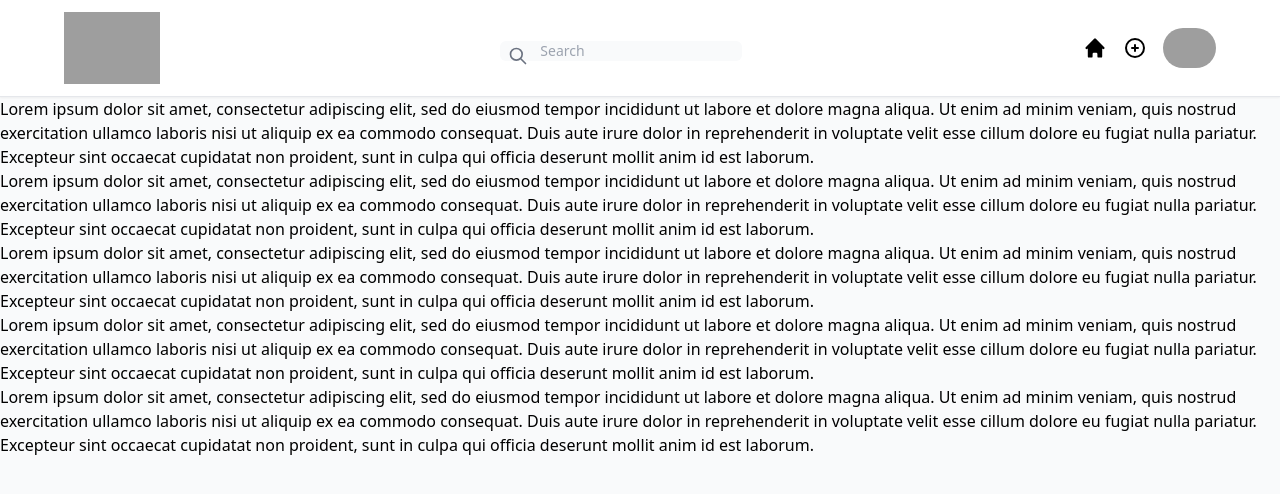
Repository: Mardoqueu/insta-v1
Page: /
The author's editor kept a copy of each file at every save. The page is drawn from the files as they stood at one save, then again after the next save.
The browser window is 1280 px wide. The pictures show the whole page.
Pictures or frames that could not be fetched are drawn as grey boxes. The project was rebuilt for these pictures with package versions that can differ from the ones it lists, and the page was loaded fresh each time. The framework's server and built-in components were replaced by stand-ins that run in the browser. Also part of the build but not shown: next.config.js, styles/Home.module.css.

Above is the page before, as saved 2022-08-25 11:13:42.

### pages/index.js
import Head from 'next/head'
import styles from '../styles/Home.module.css'
import Header from './components/Header'

export default function Home() {
  return (
    <div className="bg-gray-50 min-h-screen">
      <Head>
        <title>Instagram App</title>
        <meta name="description" content="Generated by create next app" />
        <link rel="icon" href="/favicon.ico" />
      </Head>
    {/*Head*/}
    <Header/>

    {/*Feed*/}
    <p>Lorem ipsum dolor sit amet, consectetur adipiscing elit, sed do eiusmod tempor incididunt ut labore et dolore magna aliqua. Ut enim ad minim veniam, quis nostrud exercitation ullamco laboris nisi ut aliquip ex ea commodo consequat. Duis aute irure dolor in reprehenderit in voluptate velit esse cillum dolore eu fugiat nulla pariatur. Excepteur sint occaecat cupidatat non proident, sunt in culpa qui officia deserunt mollit anim id est laborum.</p>
    <p>Lorem ipsum dolor sit amet, consectetur adipiscing elit, sed do eiusmod tempor incididunt ut labore et dolore magna aliqua. Ut enim ad minim veniam, quis nostrud exercitation ullamco laboris nisi ut aliquip ex ea commodo consequat. Duis aute irure dolor in reprehenderit in voluptate velit esse cillum dolore eu fugiat nulla pariatur. Excepteur sint occaecat cupidatat non proident, sunt in culpa qui officia deserunt mollit anim id est laborum.</p>
    <p>Lorem ipsum dolor sit amet, consectetur adipiscing elit, sed do eiusmod tempor incididunt ut labore et dolore magna aliqua. Ut enim ad minim veniam, quis nostrud exercitation ullamco laboris nisi ut aliquip ex ea commodo consequat. Duis aute irure dolor in reprehenderit in voluptate velit esse cillum dolore eu fugiat nulla pariatur. Excepteur sint occaecat cupidatat non proident, sunt in culpa qui officia deserunt mollit anim id est laborum.</p>
    <p>Lorem ipsum dolor sit amet, consectetur adipiscing elit, sed do eiusmod tempor incididunt ut labore et dolore magna aliqua. Ut enim ad minim veniam, quis nostrud exercitation ullamco laboris nisi ut aliquip ex ea commodo consequat. Duis aute irure dolor in reprehenderit in voluptate velit esse cillum dolore eu fugiat nulla pariatur. Excepteur sint occaecat cupidatat non proident, sunt in culpa qui officia deserunt mollit anim id est laborum.</p>
    <p>Lorem ipsum dolor sit amet, consectetur adipiscing elit, sed do eiusmod tempor incididunt ut labore et dolore magna aliqua. Ut enim ad minim veniam, quis nostrud exercitation ullamco laboris nisi ut aliquip ex ea commodo consequat. Duis aute irure dolor in reprehenderit in voluptate velit esse cillum dolore eu fugiat nulla pariatur. Excepteur sint occaecat cupidatat non proident, sunt in culpa qui officia deserunt mollit anim id est laborum.</p>

    {/*Modal*/}

    </div>
  )
}

### pages/components/Header.js
import Image from "next/image";
import React from "react";
import { SearchIcon, PlusCircleIcon } from "@heroicons/react/outline";
import {HomeIcon} from "@heroicons/react/solid"
export default function Header() {
  return (
    <div className="shadow-sm border-b sticky top-0 bg-white z-30">
      <div className="flex items-center justify-between max-w-6xl mx-4 xl:mx-auto">
        {/* Left */}
        <div className="cursor-pointer h-24 w-24 relative hidden lg:inline-grid">
          <Image
            src="http://www.jennexplores.com/wp-content/uploads/2015/09/Instagram_logo_black.png"
            layout="fill"
            className="object-contain"
          />
        </div>
        <div className="cursor-pointer h-24 w-10 relative  lg:hidden">
          <Image
            src="https://upload.wikimedia.org/wikipedia/commons/thumb/e/e7/Instagram_logo_2016.svg/800px-Instagram_logo_2016.svg.png"
            layout="fill"
            className="object-contain"
          />
        </div>
        {/* Middle */}

        <div className="relative mt-1">
          <div className="absolute top-2 left-2">
          <SearchIcon  className="h-5 text-gray-500" />
          </div>
          <input type="text" placeholder="Search" className="bg-gray-50 pl-10 border-gray-500 text-sm focus:ring-black focus:border-black rounded-md"/>
        </div>

      {/* Right */}

      <div className="flex space-x-4 items-center">
        <HomeIcon className="hidden md:inline-flex h-6 cursor-pointer hover:scale-125 transition-transform duration-200 ease-out"/>
        <PlusCircleIcon className="h-6 cursor-pointer hover:scale-125 transition-transform duration-200 ease-out"/>
        <img src="https://media-exp1.licdn.com/dms/image/C4E03AQF1Icbg9ibKSQ/profile-displayphoto-shrink_800_800/0/1656524327808?e=1666828800&v=beta&t=qOGUdHrse_LvKkpyy9nUz7tCnRiXEGOzRBQ0KfwyR1o" alt="user-img" className="h-10 rounded-full cursor-pointer" />
      </div>
      </div>
    </div>
  );
}

Loaded but not shown: pages/_app.js (common file); styles/globals.css (common file); tailwind.config.js (common file)

After the next save:
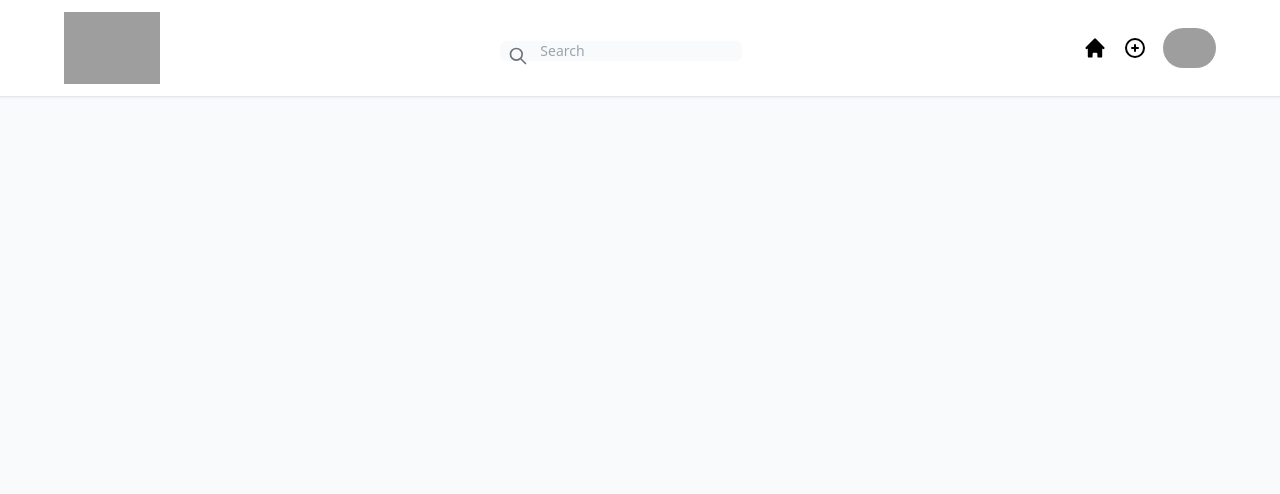
Saved 82 s later.
--- a/pages/index.js
+++ b/pages/index.js
@@ -14,11 +14,6 @@
     <Header/>
 
     {/*Feed*/}
-    <p>Lorem ipsum dolor sit amet, consectetur adipiscing elit, sed do eiusmod tempor incididunt ut labore et dolore magna aliqua. Ut enim ad minim veniam, quis nostrud exercitation ullamco laboris nisi ut aliquip ex ea commodo consequat. Duis aute irure dolor in reprehenderit in voluptate velit esse cillum dolore eu fugiat nulla pariatur. Excepteur sint occaecat cupidatat non proident, sunt in culpa qui officia deserunt mollit anim id est laborum.</p>
-    <p>Lorem ipsum dolor sit amet, consectetur adipiscing elit, sed do eiusmod tempor incididunt ut labore et dolore magna aliqua. Ut enim ad minim veniam, quis nostrud exercitation ullamco laboris nisi ut aliquip ex ea commodo consequat. Duis aute irure dolor in reprehenderit in voluptate velit esse cillum dolore eu fugiat nulla pariatur. Excepteur sint occaecat cupidatat non proident, sunt in culpa qui officia deserunt mollit anim id est laborum.</p>
-    <p>Lorem ipsum dolor sit amet, consectetur adipiscing elit, sed do eiusmod tempor incididunt ut labore et dolore magna aliqua. Ut enim ad minim veniam, quis nostrud exercitation ullamco laboris nisi ut aliquip ex ea commodo consequat. Duis aute irure dolor in reprehenderit in voluptate velit esse cillum dolore eu fugiat nulla pariatur. Excepteur sint occaecat cupidatat non proident, sunt in culpa qui officia deserunt mollit anim id est laborum.</p>
-    <p>Lorem ipsum dolor sit amet, consectetur adipiscing elit, sed do eiusmod tempor incididunt ut labore et dolore magna aliqua. Ut enim ad minim veniam, quis nostrud exercitation ullamco laboris nisi ut aliquip ex ea commodo consequat. Duis aute irure dolor in reprehenderit in voluptate velit esse cillum dolore eu fugiat nulla pariatur. Excepteur sint occaecat cupidatat non proident, sunt in culpa qui officia deserunt mollit anim id est laborum.</p>
-    <p>Lorem ipsum dolor sit amet, consectetur adipiscing elit, sed do eiusmod tempor incididunt ut labore et dolore magna aliqua. Ut enim ad minim veniam, quis nostrud exercitation ullamco laboris nisi ut aliquip ex ea commodo consequat. Duis aute irure dolor in reprehenderit in voluptate velit esse cillum dolore eu fugiat nulla pariatur. Excepteur sint occaecat cupidatat non proident, sunt in culpa qui officia deserunt mollit anim id est laborum.</p>
 
     {/*Modal*/}
 
